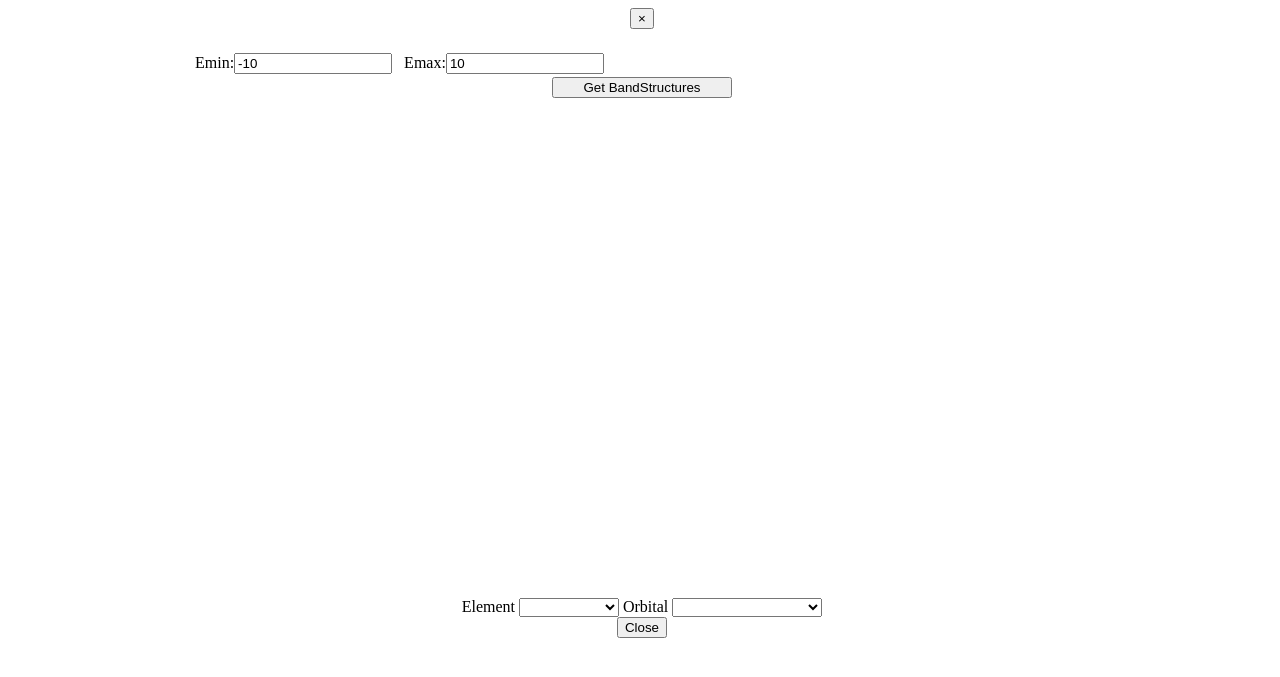
Repository: atowfiq/FESD_website-scripts
Page: http://localhost/fesdweb/BandstructureChart.jsp
These files come from the project's save history. The page is drawn as it stood at one moment and after the next save; the edit follows.
The browser window is 1280 px wide. The pictures show the whole page.
The page is served by Tomcat 9.

Above is the page before, as saved 2017-07-28 00:52:50.

After the next save:
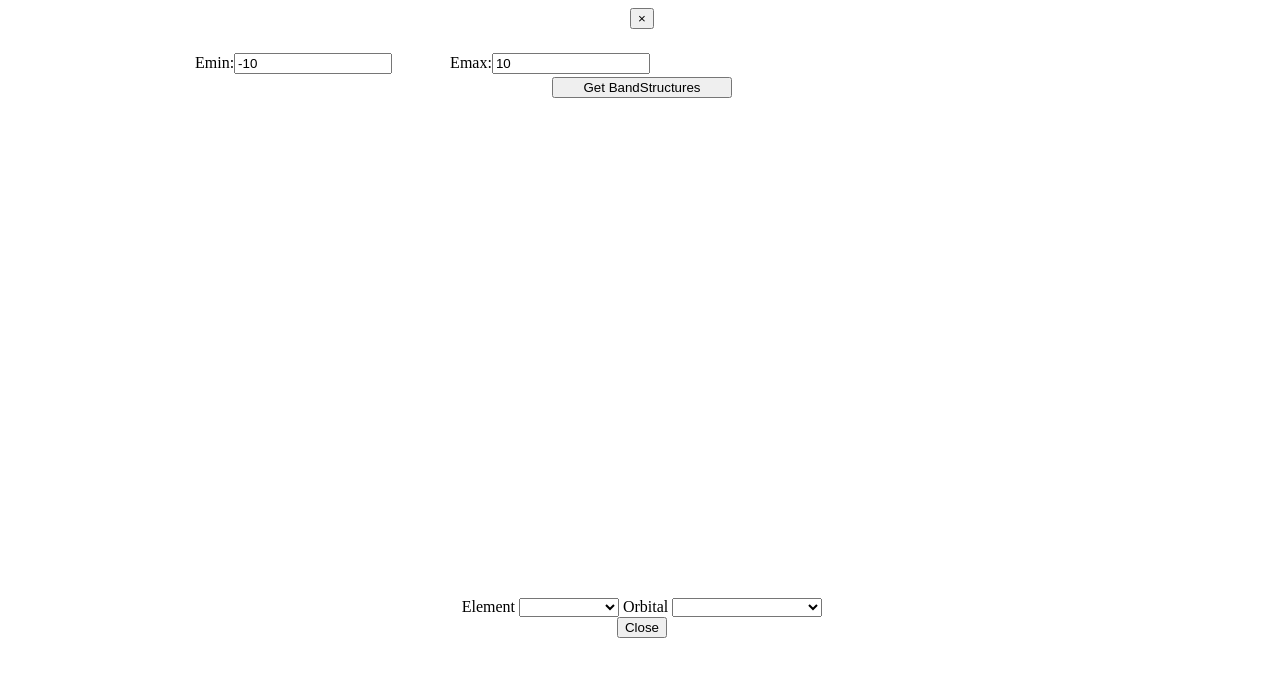
Saved 54 s later.
--- a/fesdweb/WebContent/BandstructureChart.jsp
+++ b/fesdweb/WebContent/BandstructureChart.jsp
@@ -183,8 +183,7 @@ margin-top:-40px;
     <td>
 <label>Emin:</label><input id="EminBC" style="width:150px;"  class="form-control"  value="-10">
 </td>
-<td>
-&nbsp
+<td style="width: 50px">
 </td>
 
 <td>
